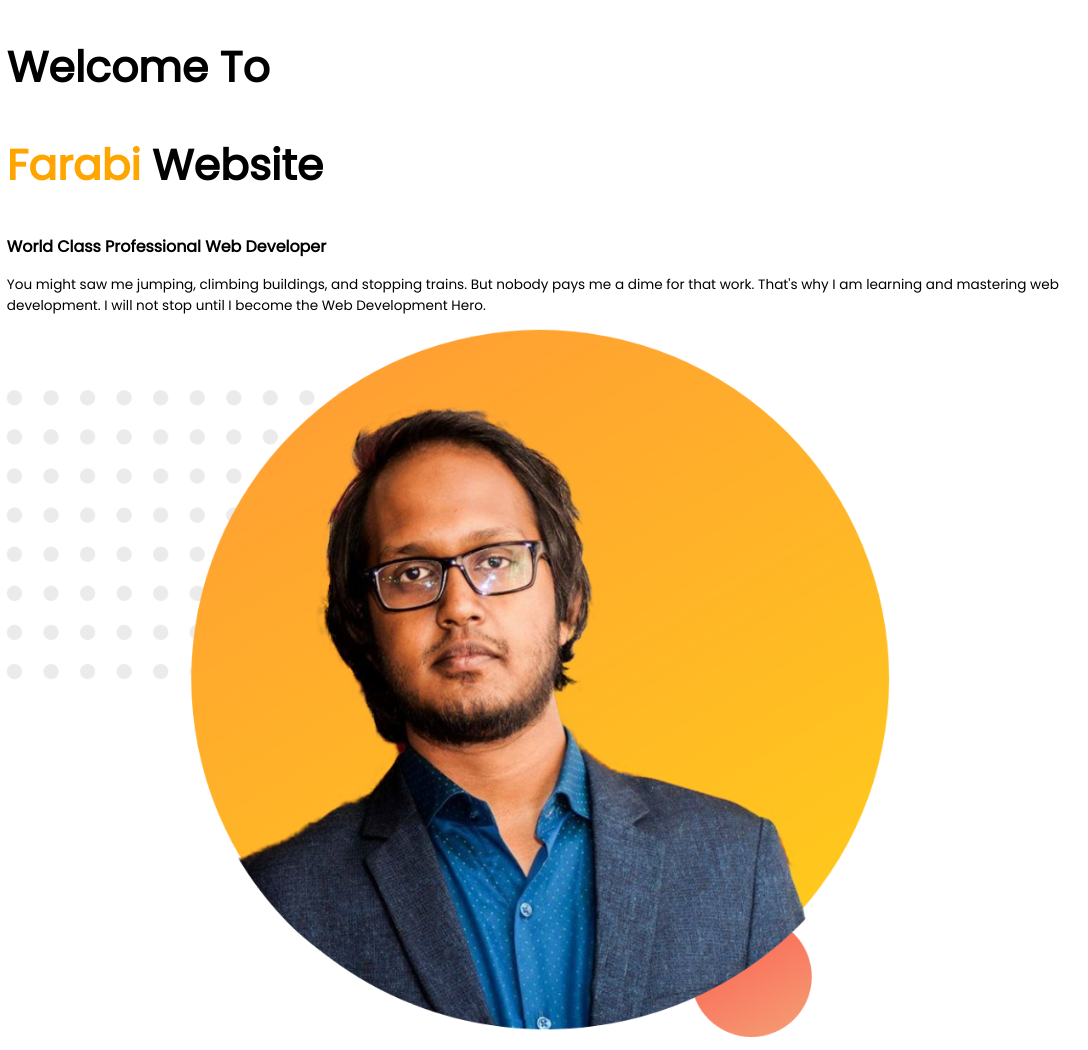
Repository: mohsinfarabi/web-portfolio
Page: index.html
These files come from the project's save history. The page is drawn as it stood at one moment and after the next save; the edit follows.
The browser window is 1280 px wide. The pictures show the whole page, at 85% of full size.

Above is the page before, as saved 2020-06-30 22:42:19.

### index.html
<!DOCTYPE html>
<html lang="en">

<head>
    <meta charset="UTF-8">
    <meta name="viewport" content="width=device-width, initial-scale=1.0">
    <link href="https://fonts.googleapis.com/css2?family=Poppins" rel="stylesheet">
    <title>Farabi Web Developer</title>
    <link rel="stylesheet" href="style.css">
</head>

<body>
    <section>
        <div class="half-width">
            <h1>Welcome To</h1>
            <h1><span class="name-highlight">Farabi</span> Website</h1>
            <h3>World Class Professional Web Developer</h3>
            <p>You might saw me jumping, climbing buildings, and stopping trains. But nobody pays me a dime for that work. That's why I am learning and mastering web development. I will not stop until I become the Web Development Hero.</p>
        </div>
        <div class="half-width">
            <img src="images/profile1.png" alt="">
        </div>
    </section>
</body>

</html>

### style.css
body {
    font-family: 'Poppins', sans-serif;
}

h1 {
    font-size: 50px;
}

.name-highlight {
    color: orange;
}

After the next save:
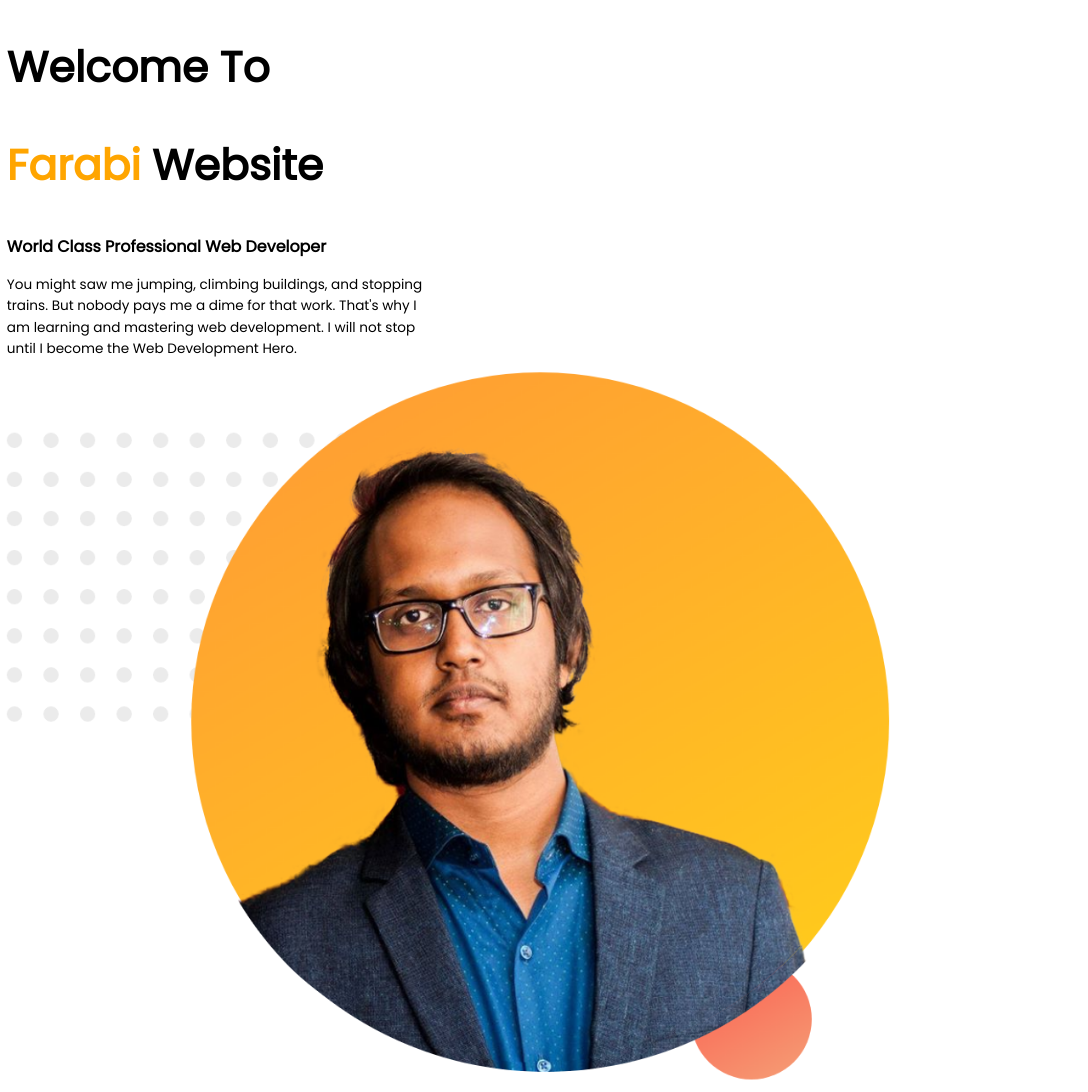
Saved 24 s later.
--- a/style.css
+++ b/style.css
@@ -9,3 +9,7 @@ h1 {
 .name-highlight {
     color: orange;
 }
+
+.half-width {
+    width: 40%;
+}
